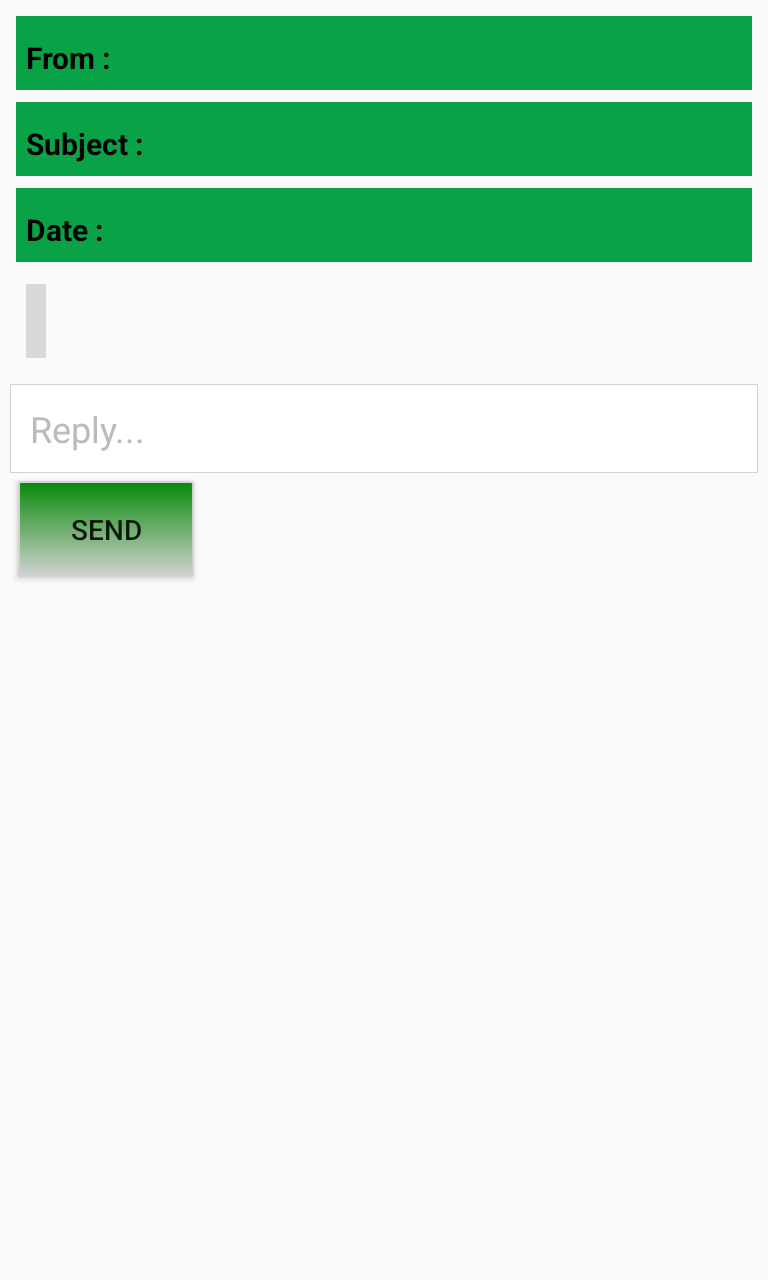
Repository: iguardian2015/iguardian-litchi
Layout: iguardian/res/layout/custom_inbox_view.xml
An editor plug-in stored every save of this project. The layout is shown before and after the next save, followed by the edit.
It is drawn on a 768 x 1280 px phone screen (xhdpi) without system bars, with theme AppTheme; the app's code is not run.

Above is the layout before, as saved 2015-01-12 08:38:58.

After the next save:
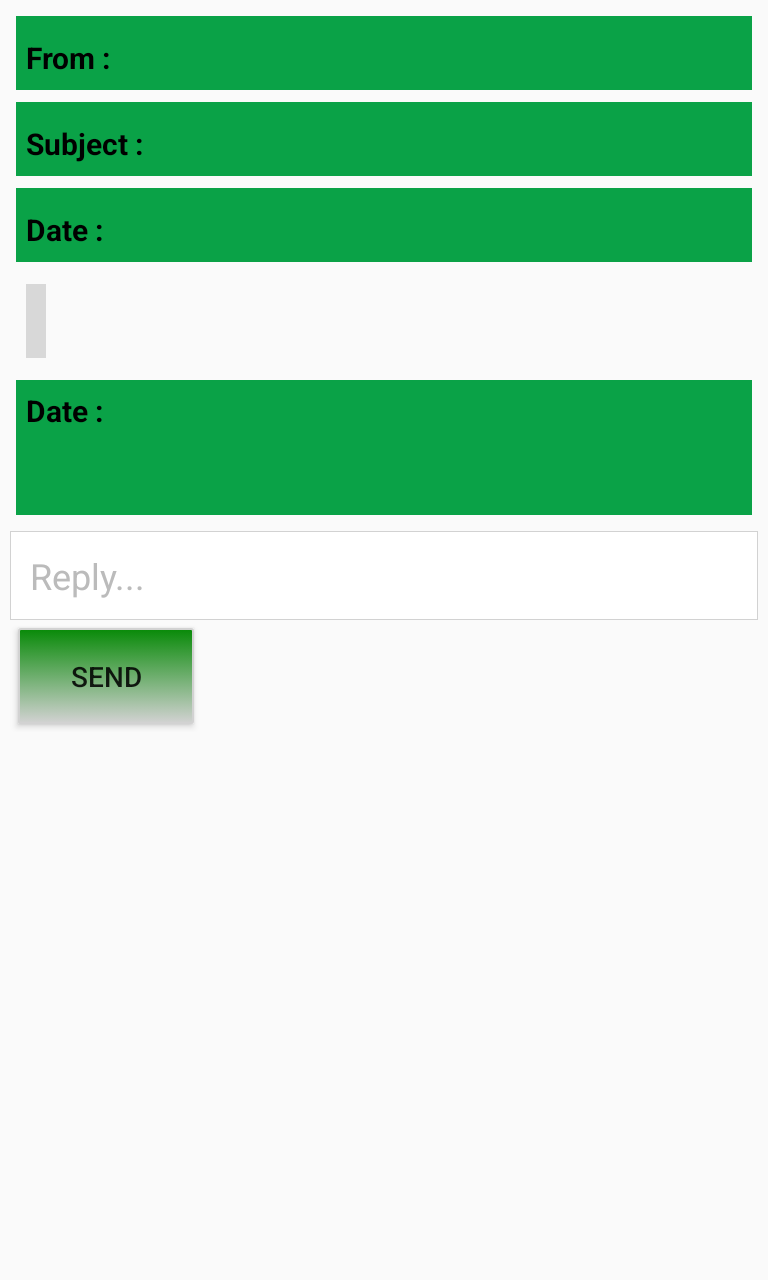
Saved 108 s later.
--- a/iguardian/res/layout/custom_inbox_view.xml
+++ b/iguardian/res/layout/custom_inbox_view.xml
@@ -111,6 +111,36 @@
                 android:textSize="20dp"
                 android:textStyle="italic" />
 
+            <LinearLayout
+            android:layout_width="match_parent"
+            android:layout_height="wrap_content"
+            android:layout_margin="3dp"
+            android:background="#0AA247"
+            android:orientation="vertical" >
+
+            <TextView
+                android:id="@+id/message"
+                android:layout_width="wrap_content"
+                android:layout_height="wrap_content"
+                android:padding="5dp"
+                android:text="Date :"
+                android:textAppearance="?android:attr/textAppearanceLarge"
+                android:textColor="#000000"
+                android:textSize="15dp"
+                android:textStyle="bold" />
+
+            <TextView
+                android:id="@+id/date"
+                android:layout_width="wrap_content"
+                android:layout_height="wrap_content"
+                android:padding="5dp"
+                android:textAppearance="?android:attr/textAppearanceLarge"
+                android:textColor="#000000"
+                android:textSize="20dp"
+                android:textStyle="italic" />
+        </LinearLayout>
+
+
 
         <!-- <LinearLayout
             android:layout_width="match_parent"
